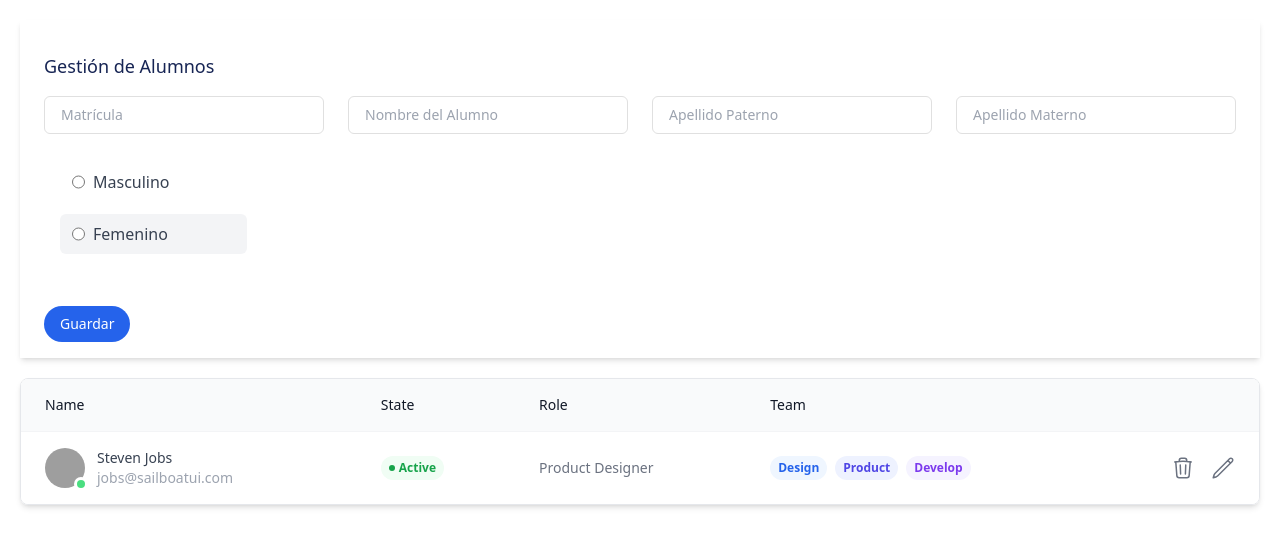
Repository: AlanColliDev/tech-front
Page: /
The author's editor kept a copy of each file at every save. The page is drawn from the files as they stood at one save, then again after the next save.
The browser window is 1280 px wide. The pictures show the whole page.
Pictures or frames that could not be fetched are drawn as grey boxes. The page's requests for data from a server got no answer. The project was rebuilt for these pictures with package versions that can differ from the ones it lists, and the page was loaded fresh each time. No one was signed in, and anything a server would have sent is missing. Also part of the build but not shown: vite.config.js.

Above is the page before, as saved 2023-04-19 13:17:00.

### src/main.jsx
import React from 'react'
import ReactDOM from 'react-dom/client'
import App from './App'
import './assets/Index.css'
import { AlumnoContextProvider } from './context/AlumnoContextProvider'

ReactDOM.createRoot(document.getElementById('root')).render(
	// <React.StrictMode>
		<AlumnoContextProvider>
			<App />
		</AlumnoContextProvider>
	// </React.StrictMode>,
)

### src/App.jsx
import { FormAlumno } from "./FormAlumno"
import { GridAlumno } from "./GridAlumno"

export default function App () {
	return (<>

		<FormAlumno />

		<GridAlumno />
	</>)
}

### src/context/AlumnoContextProvider.jsx
import { useEffect, useReducer } from 'react';
import { AlumnoContext } from './AlumnoContext.js'
import { AlumnoReducer } from '../reducer/AlumnoReducer.js';

const initialState = [];
export const AlumnoContextProvider = ({ children }) => {

	const [alumnos, dispatch] = useReducer(AlumnoReducer, initialState);

    return (
        <>
            <AlumnoContext.Provider value={{alumnos, dispatch}}>
                { children }
            </AlumnoContext.Provider>
        </>
    )
}

### src/FormAlumno.jsx
import { useForm } from './hooks';
import { useAlumno } from './hooks/useAlumno';

export const FormAlumno = () => {

	const { HandleInputChange, formstate } = useForm({
		nombre: '',
		matricula: '',
		apellidoPaterno: '',
		apellidoMaterno: '',
		genero: ''

	});

	const {nombre,
		matricula,
		apellidoPaterno,
		apellidoMaterno,
		genero,}= formstate;

	return (
		<>
			<div className="shadow-md m-5 py-4 px-6">
				<div className="py-4">
					<h1 className="font-medium text-blue-950 text-lg">Gestión de Alumnos</h1>
				</div>
				<form className="w-full">
					<div className="flex flex-wrap -mx-3 mb-6">
						<div className="w-full md:w-1/4 px-3 mb-6 md:mb-0">
							<input type="text" className="w-full rounded-md border border-[#e0e0e0] bg-white py-2 px-4 text-sm font-medium text-[#6B7280] outline-none focus:border-[#6A64F1] focus:shadow-md" name="matricula" value={matricula} placeholder="Matrícula" onChange={(event) => HandleInputChange({event})} />
						</div>
						<div className="w-full md:w-1/4 px-3 mb-6 md:mb-0">
							<input type="text" className="w-full rounded-md border border-[#e0e0e0] bg-white py-2 px-4 text-sm font-medium text-[#6B7280] outline-none focus:border-[#6A64F1] focus:shadow-md" name="nombre" value={nombre} placeholder="Nombre del Alumno" onChange={(event) => HandleInputChange({event})} />
						</div>
						<div className="w-full md:w-1/4 px-3 mb-6 md:mb-0">
							<input type="text" className="w-full rounded-md border border-[#e0e0e0] bg-white py-2 px-4 text-sm font-medium text-[#6B7280] outline-none focus:border-[#6A64F1] focus:shadow-md" name="apellidoPaterno" value={apellidoPaterno} placeholder="Apellido Paterno" onChange={(event) => HandleInputChange({event})} />
						</div>
						<div className="w-full md:w-1/4 px-3 mb-6 md:mb-0">
							<input type="text" className="w-full rounded-md border border-[#e0e0e0] bg-white py-2 px-4 text-sm font-medium text-[#6B7280] outline-none focus:border-[#6A64F1] focus:shadow-md" name="apellidoMaterno" value={apellidoMaterno} placeholder="Apellido Materno" onChange={(event) => HandleInputChange({event})} />
						</div>
						<div className="w-full md:w-1/5 px-3 mb-6 md:mb-0">
							<div className="p-4 w-full mx-auto max-w-2xl">
								<div>
									<label className="flex text-gray-700 rounded-md px-3 py-2 my-3 hover:bg-indigo-300 cursor-pointer ">
										<input type="radio" name="genero" checked={genero === 'm'} onChange={(event) => HandleInputChange({event, customValue:'m' })} />
										<span className="px-2">Masculino</span>
									</label>

									<label className="flex bg-gray-100 text-gray-700 rounded-md px-3 py-2 my-3  hover:bg-indigo-300 cursor-pointer ">
										<input type="radio" name="genero" checked={genero === 'f'} onChange={(event) => HandleInputChange({event, customValue:'f' })} />
										<span className="px-2">Femenino</span>

									</label>
								</div>
							</div>
						</div>

					</div>
					<button className="bg-blue-600 text-sm text-white font-medium text-opacity-100 px-4 py-2 rounded-3xl">Guardar</button>
				</form>
			</div>
		</>
	)
}

### src/GridAlumno.jsx
import { useAlumno } from './hooks/useAlumno';

export const GridAlumno = () => {

	const { alumnos } = useAlumno();

	return (
		<>
			<div className="overflow-hidden rounded-lg border border-gray-200 shadow-md m-5">
				<table className="w-full border-collapse bg-white text-left text-sm text-gray-500">
					<thead className="bg-gray-50">
						<tr>
							<th scope="col" className="px-6 py-4 font-medium text-gray-900">Name</th>
							<th scope="col" className="px-6 py-4 font-medium text-gray-900">State</th>
							<th scope="col" className="px-6 py-4 font-medium text-gray-900">Role</th>
							<th scope="col" className="px-6 py-4 font-medium text-gray-900">Team</th>
							<th scope="col" className="px-6 py-4 font-medium text-gray-900"></th>
						</tr>
					</thead>
					<tbody className="divide-y divide-gray-100 border-t border-gray-100">

						<tr className="hover:bg-gray-50">
							<th className="flex gap-3 px-6 py-4 font-normal text-gray-900">
								<div className="relative h-10 w-10">
									<img
										className="h-full w-full rounded-full object-cover object-center"
										src="https://images.unsplash.com/photo-1535713875002-d1d0cf377fde?ixlib=rb-1.2.1&ixid=eyJhcHBfaWQiOjEyMDd9&auto=format&fit=facearea&facepad=2&w=256&h=256&q=80"
										alt=""
									/>
									<span className="absolute right-0 bottom-0 h-2 w-2 rounded-full bg-green-400 ring ring-white"></span>
								</div>
								<div className="text-sm">
									<div className="font-medium text-gray-700">Steven Jobs</div>
									<div className="text-gray-400">jobs@sailboatui.com</div>
								</div>
							</th>
							<td className="px-6 py-4">
								<span
									className="inline-flex items-center gap-1 rounded-full bg-green-50 px-2 py-1 text-xs font-semibold text-green-600"
								>
									<span className="h-1.5 w-1.5 rounded-full bg-green-600"></span>
									Active
								</span>
							</td>
							<td className="px-6 py-4">Product Designer</td>
							<td className="px-6 py-4">
								<div className="flex gap-2">
									<span
										className="inline-flex items-center gap-1 rounded-full bg-blue-50 px-2 py-1 text-xs font-semibold text-blue-600"
									>
										Design
									</span>
									<span
										className="inline-flex items-center gap-1 rounded-full bg-indigo-50 px-2 py-1 text-xs font-semibold text-indigo-600"
									>
										Product
									</span>
									<span
										className="inline-flex items-center gap-1 rounded-full bg-violet-50 px-2 py-1 text-xs font-semibold text-violet-600"
									>
										Develop
									</span>
								</div>
							</td>
							<td className="px-6 py-4">
								<div className="flex justify-end gap-4">
									<a x-data="{ tooltip: 'Delete' }" href="#">
										<svg
											xmlns="http://www.w3.org/2000/svg"
											fill="none"
											viewBox="0 0 24 24"
											strokeWidth="1.5"
											stroke="currentColor"
											className="h-6 w-6"
											x-tooltip="tooltip"
										>
											<path
												strokeLinecap="round"
												strokeLinejoin="round"
												d="M14.74 9l-.346 9m-4.788 0L9.26 9m9.968-3.21c.342.052.682.107 1.022.166m-1.022-.165L18.16 19.673a2.25 2.25 0 01-2.244 2.077H8.084a2.25 2.25 0 01-2.244-2.077L4.772 5.79m14.456 0a48.108 48.108 0 00-3.478-.397m-12 .562c.34-.059.68-.114 1.022-.165m0 0a48.11 48.11 0 013.478-.397m7.5 0v-.916c0-1.18-.91-2.164-2.09-2.201a51.964 51.964 0 00-3.32 0c-1.18.037-2.09 1.022-2.09 2.201v.916m7.5 0a48.667 48.667 0 00-7.5 0"
											/>
										</svg>
									</a>
									<a x-data="{ tooltip: 'Edite' }" href="#">
										<svg
											xmlns="http://www.w3.org/2000/svg"
											fill="none"
											viewBox="0 0 24 24"
											strokeWidth="1.5"
											stroke="currentColor"
											className="h-6 w-6"
											x-tooltip="tooltip"
										>
											<path
												strokeLinecap="round"
												strokeLinejoin="round"
												d="M16.862 4.487l1.687-1.688a1.875 1.875 0 112.652 2.652L6.832 19.82a4.5 4.5 0 01-1.897 1.13l-2.685.8.8-2.685a4.5 4.5 0 011.13-1.897L16.863 4.487zm0 0L19.5 7.125"
											/>
										</svg>
									</a>
								</div>
							</td>
						</tr>
					</tbody>
				</table>
			</div>

		</>
	)
}

### src/context/AlumnoContext.js
import { createContext } from 'react';

export const AlumnoContext = createContext();

### src/reducer/AlumnoReducer.js

export const AlumnoReducer = (state = [], action) => {

	const { payload, type } = action
	if (type === '@get-all')
		return payload.data


	if (type === '@get-all-success')
		return {
			...state,
			isLoading: false,
			error: null,
			data: payload
		}

	if (type === '@add-new')
		return [
			...state,
			payload
		]

	if (type === '@edit-store')
	{
		const olds = state.filter(alumno => String(alumno.matricula).trim() !== String(payload.matricula).trim())
		// console.log('todos menos edit', olds)
		return [
			...olds,
			payload
		]
	}


	if (type === '@delete-store')
		return payload.data

};

export const initAlumnos = alumnos => {
	return {
		type: '@get-all',
		payload: alumnos
	}
}

### src/hooks/index.js
export * from './useForm.js'

### src/hooks/useAlumno.js
import { useContext, useEffect } from 'react';
import { initAlumnos } from '../reducer/AlumnoReducer.js';
import { AlumnoContext } from '../context/AlumnoContext.js';
import { getAllAlumno } from '../services/alumno.js';

const initialState = null;
export const useAlumno = () => {

	const {alumnos, dispatch} = useContext(AlumnoContext);

	useEffect(() => {
		getAllAlumno().then(alumnos => {
			dispatch(initAlumnos(alumnos))
		});
	}, []);

	return {
		alumnos
	}
}

### src/hooks/useForm.js
import { useEffect, useState } from "react"

export const useForm = (initialForm) => {

	const [formstate, setFormState] = useState(initialForm);

	const HandleInputChange = ({event, customValue}) => {
		if(!(event.target.value.length > 0)) return;
		const {name, value} = event.target;
		setFormState({
			...formstate,
			[name]: customValue || value
		});
	};

	return {
		formstate,
		HandleInputChange,
		setFormState
	}
}

### src/services/alumno.js

const BASE_URL = 'https://techtest-production-6c97.up.railway.app';
export const getAllAlumno = async () => {
	const response = await fetch(`${BASE_URL}/alumno`, {
		method: 'GET',
		headers: {
			Accept: 'application.json',
			'Content-Type': 'application/json'
		}
	});
	return await response.json();
}

Loaded but not shown: index.html (common file); src/assets/index.css (common file); tailwind.config.js (common file)

After the next save:
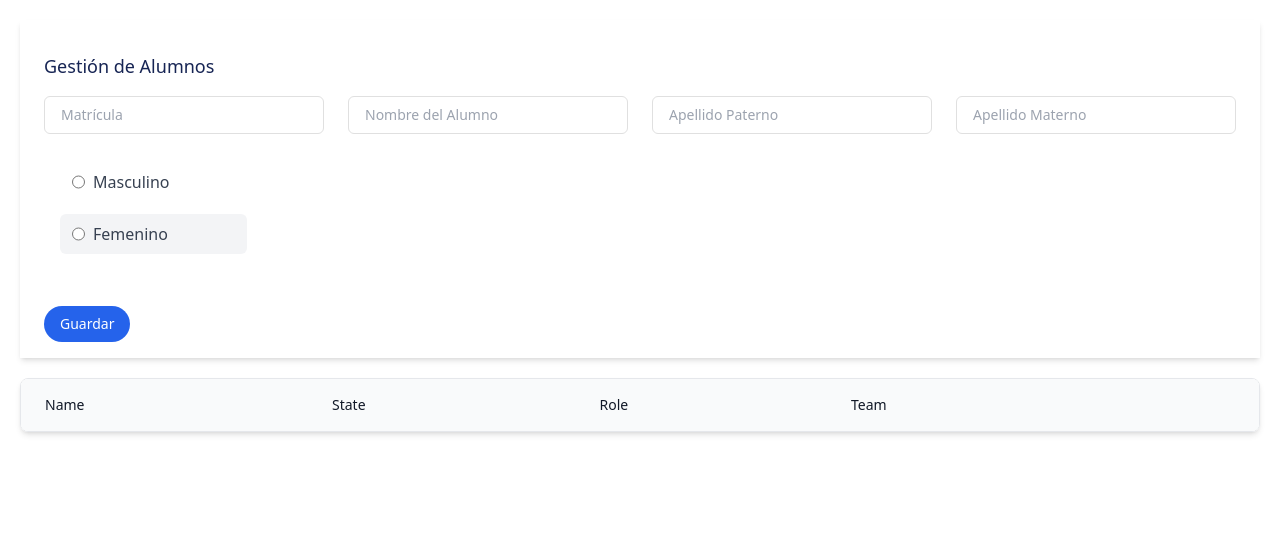
Saved 4 min 43 s later.
--- a/src/GridAlumno.jsx
+++ b/src/GridAlumno.jsx
@@ -18,6 +18,7 @@ export const GridAlumno = () => {
 						</tr>
 					</thead>
 					<tbody className="divide-y divide-gray-100 border-t border-gray-100">
+						{alumnos?.map(alumno => {
 
 						<tr className="hover:bg-gray-50">
 							<th className="flex gap-3 px-6 py-4 font-normal text-gray-900">
@@ -101,6 +102,7 @@ export const GridAlumno = () => {
 								</div>
 							</td>
 						</tr>
+						})}
 					</tbody>
 				</table>
 			</div>
